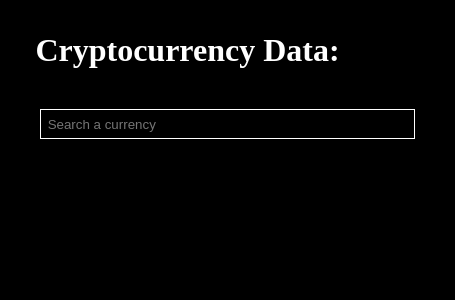
Repository: alejandroacd/cryptocurrency-market
Page: /
These files come from the project's save history. The page is drawn as it stood at one moment and after the next save; the edit follows.
The browser window is 375 px wide. The page is 455 px wide, then 375 px, so the pictures cover 455 px, including what lies to the right of the window. The pictures show the whole page.
The page's requests for data from a server got no answer. The project was rebuilt for these pictures with package versions that can differ from the ones it lists, and the page was loaded fresh each time. No one was signed in, and anything a server would have sent is missing. Also part of the build but not shown: src/Currency.js.

Above is the page before, as saved 2021-07-17 14:25:38.

### src/App.js
import Axios from 'axios';
import React, {useEffect, useState}  from 'react'
import './App.css';
import Currency from './Currency';


function App() {
  const [values,setValue] = useState([]);
  const [search,setSearch] = useState('')


  useEffect(() => {
    Axios.get('https://api.coingecko.com/api/v3/coins/markets?vs_currency=usd&order=market_cap_desc&per_page=100&page=1&sparkline=false')
    .then(resp => {
      setValue(resp.data)
    })
    .catch(err => {
      console.log(err)
    })
  }, [])

  const handleChange = (e) => {
    setSearch(e.target.value)
  }

  const finalValues = values.filter(value => value.name.toLowerCase().includes(search.toLowerCase()))


  return (
    <div className="App">
      <h1 className="title_page">Cryptocurrency Data:</h1>
      <div className='input-container'>
        <form>
          <input className='crypto_name' placeholder="Search a currency" type="text" onChange={handleChange}></input>
        </form>
      </div>
      {finalValues.map(value => {
        return (
          <Currency
          key={value.id}
          cryptoName={value.name}
          image={value.image}
          price={value.current_price}
          symbol={value.symbol}
          volume={value.market_cap}
          priceChange={value.price_change_percentage_24h}
          marketcap={value.total_volume}
           />
        )
      })}

    </div>
  );
}

export default App;

### src/App.css
* {
  box-sizing: border-box;
  margin: 0;
  padding: 0;
  background-color: black;
  color:white;
}

.title_page {
  margin-top:1em;
}
.App {
  text-align: center;
}

.input-container form input {
  margin:3em;
  border: 1px solid white;
}

### src/Currency.css
.currency_container {
    display:flex;
    justify-content: space-between;
    flex-direction: row;
    justify-items: start;
    height: 80px;
    align-items: center;
    border-bottom: 1px solid black;
    width: 85%;
    margin: 0 auto;
}

.currency {
    display:flex;
    align-items: center;
    justify-content: space-between;
    width: 25%;

}

.currency img {
    height: 30px;
    width: 30px;
}

.currency_data {
    display:flex;
    flex-direction: row;
    width: 75%;
    justify-content: space-around;
    align-items: center;
}

.currency h1 {
    font-size:1em;
}

.currency_price {
    width: 110px;
}

.currency_volume {
    width: 155px;
}

.currency_marketcap {
    display:flex;
    width: 230px;
    font-weight: bold;
}

.currency_symbol {
    width: 50px;
}
.crypto_name {
    padding: 0.5em;
    margin: 0 auto;
    width: 30%;
}
.red {
    color:#CD113B;
}

.green {
    color:#66DE93;
}

@media only screen and (max-width: 600px) {
    .currency_container {
        width: 90%;
    }

    .currency_container .currency {
        width: 50%;
    }
    .currency_data {
        width: 50%;
    }
    .currency_data .currency_price  .currency_percent {
        font-size: 0.7rem;

    }
    .currency_data .currency_volume {
        display: none;
    }

    .currency_marketcap {
        display:none;
    }
    .crypto_name {
        width: 100%;

    }

}

Loaded but not shown: public/index.html (common file); src/index.js (common file)

After the next save:
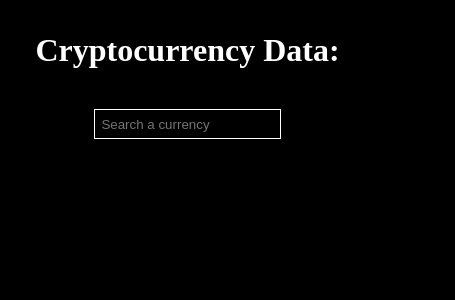
Saved 6 s later.
--- a/src/Currency.css
+++ b/src/Currency.css
@@ -88,7 +88,7 @@
         display:none;
     }
     .crypto_name {
-        width: 100%;
+        width: 50%;
 
     }
 
